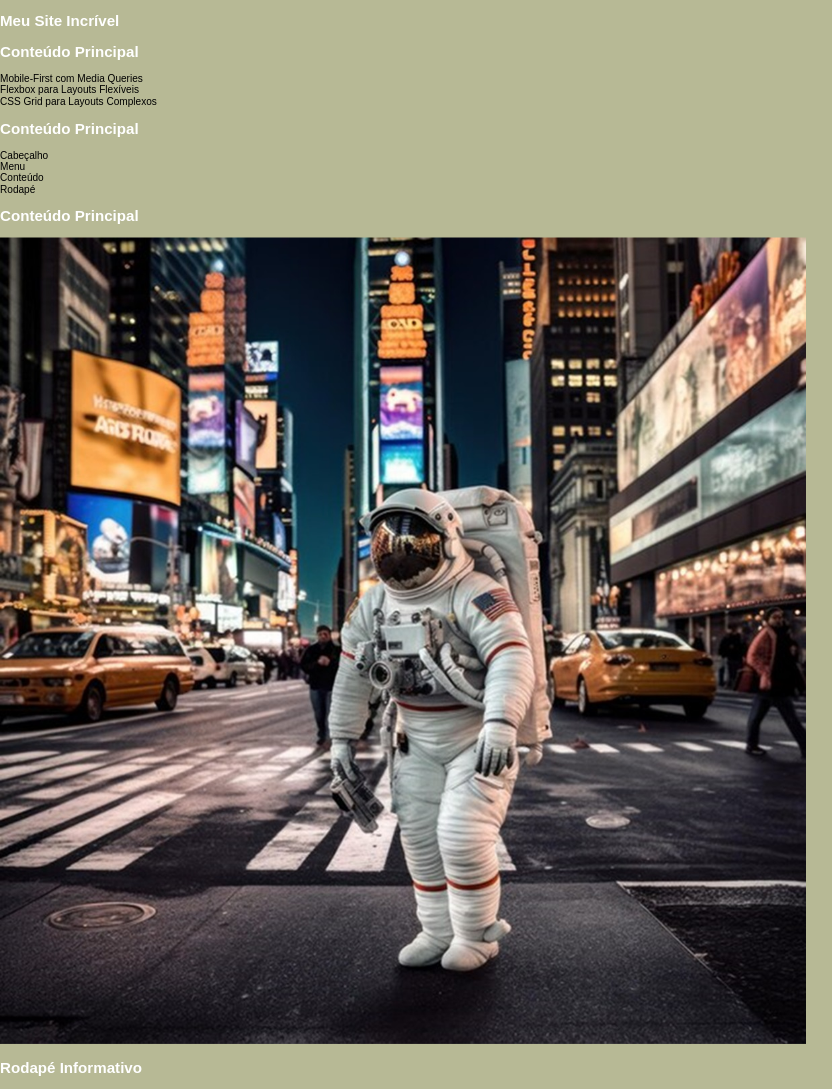
Repository: douglasabnovato/model-lp
Page: index.html
These files come from the project's save history. The page is drawn as it stood at one moment and after a run of saves; the edit follows.
The browser window is 1280 px wide. The page is 1280 px wide, then 1320 px, so the pictures cover 1320 px, including what lies to the right of the window. The pictures show the whole page, at 63% of full size.

Above is the page before, as saved 2025-02-25 11:33:13.

After the next 2 saves:
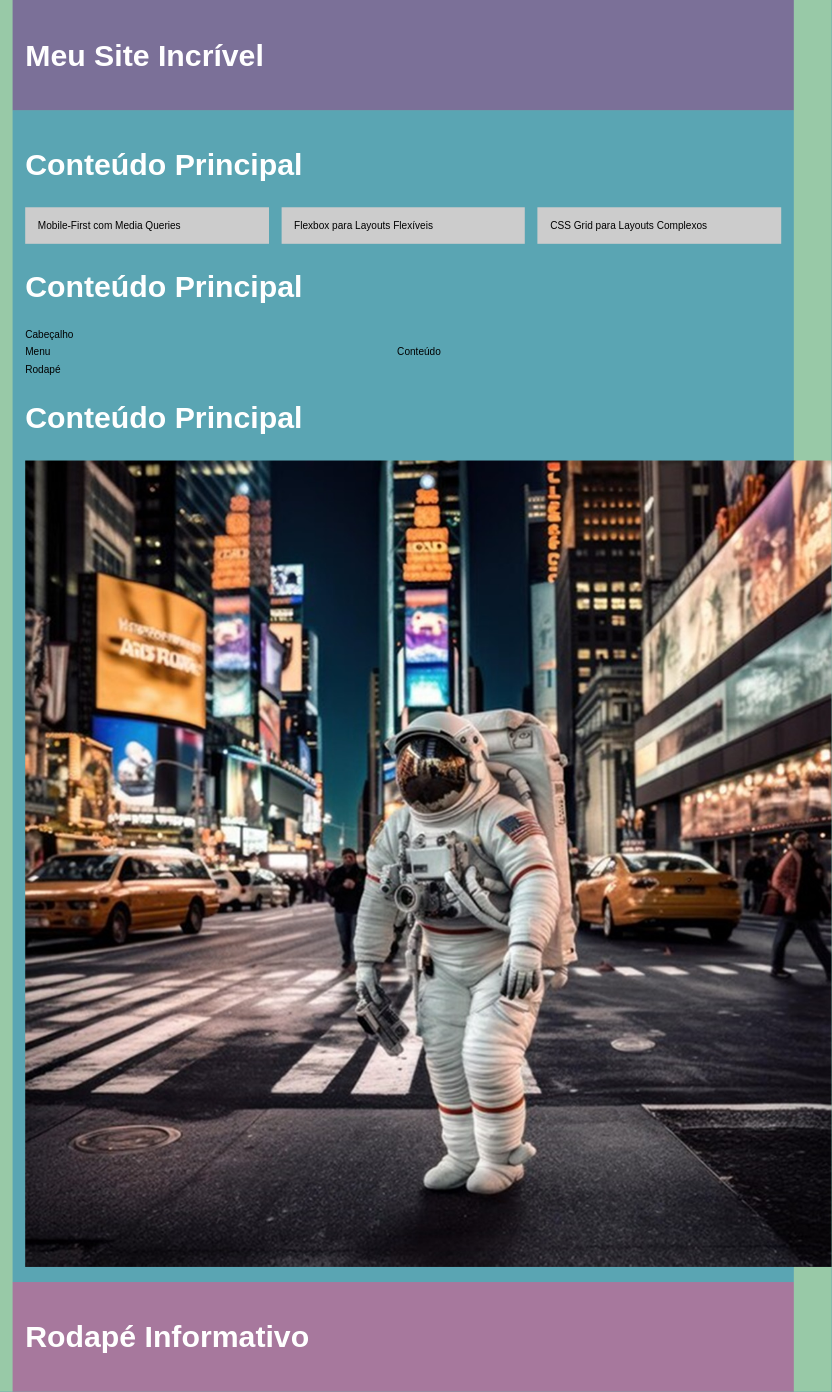
The 2 saves are shown as one change because they came seconds apart.
The last was saved 8 s later.
--- a/style.css
+++ b/style.css
@@ -6,8 +6,8 @@ body {
 }
 
 h2 {
-  color: white;{
-    font-size: clamp(2rem, 5vw, 3rem
+  color: white;
+    font-size: clamp(2rem, 5vw, 3rem);
 }
 
 header,
